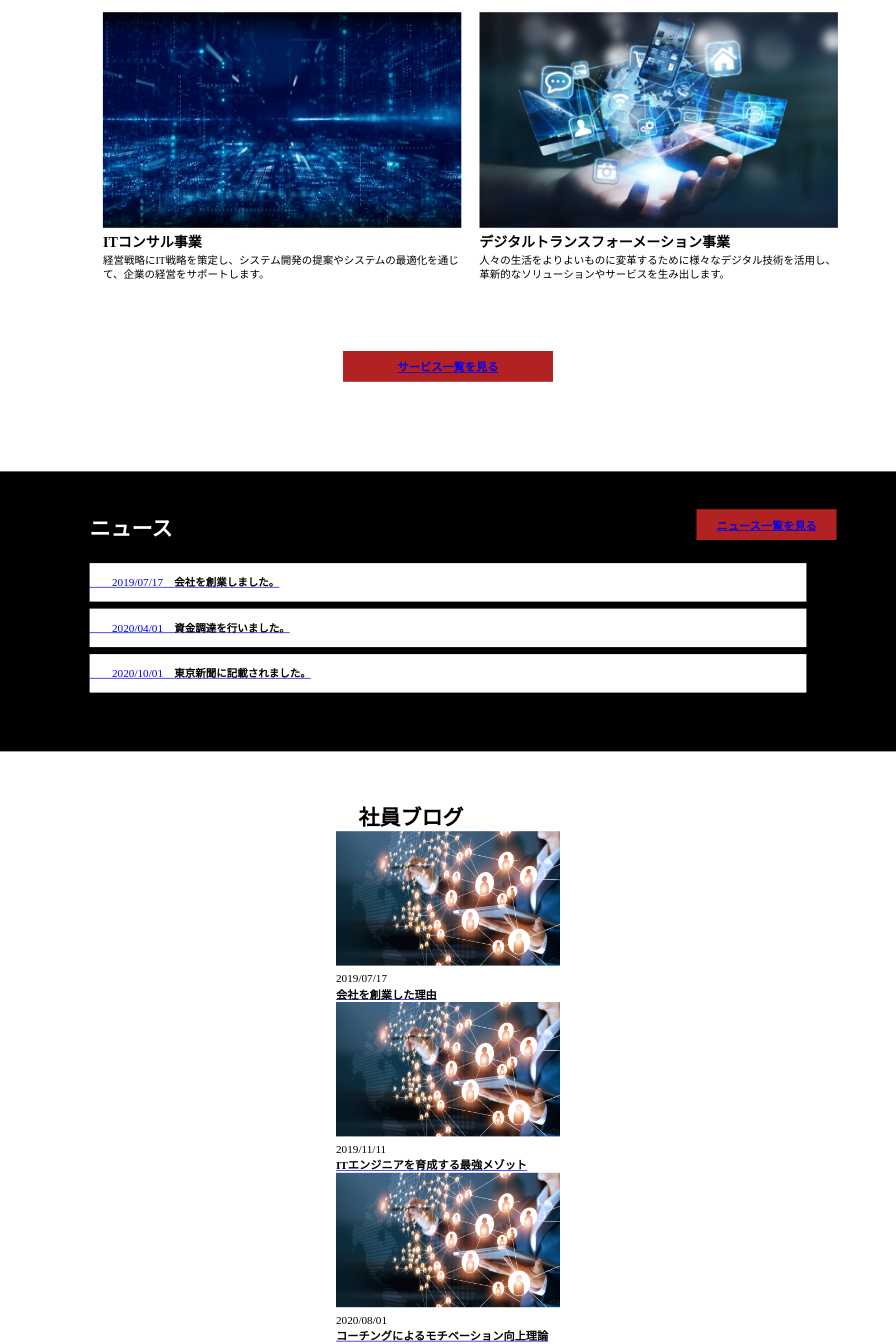
Repository: sigemasaasuka/20211012sigemasa
Page: index.html
The author's editor kept a copy of each file at every save. The page is drawn from the files as they stood at one save, then again after a run of saves.
The browser window is 1280 px wide. The pictures show the part of the page from y = 1338 to 3258 px (the page is 3258 px tall), at 70% of full size.

Above is the page before, as saved 2021-10-20 16:25:14.

After the next 4 saves:
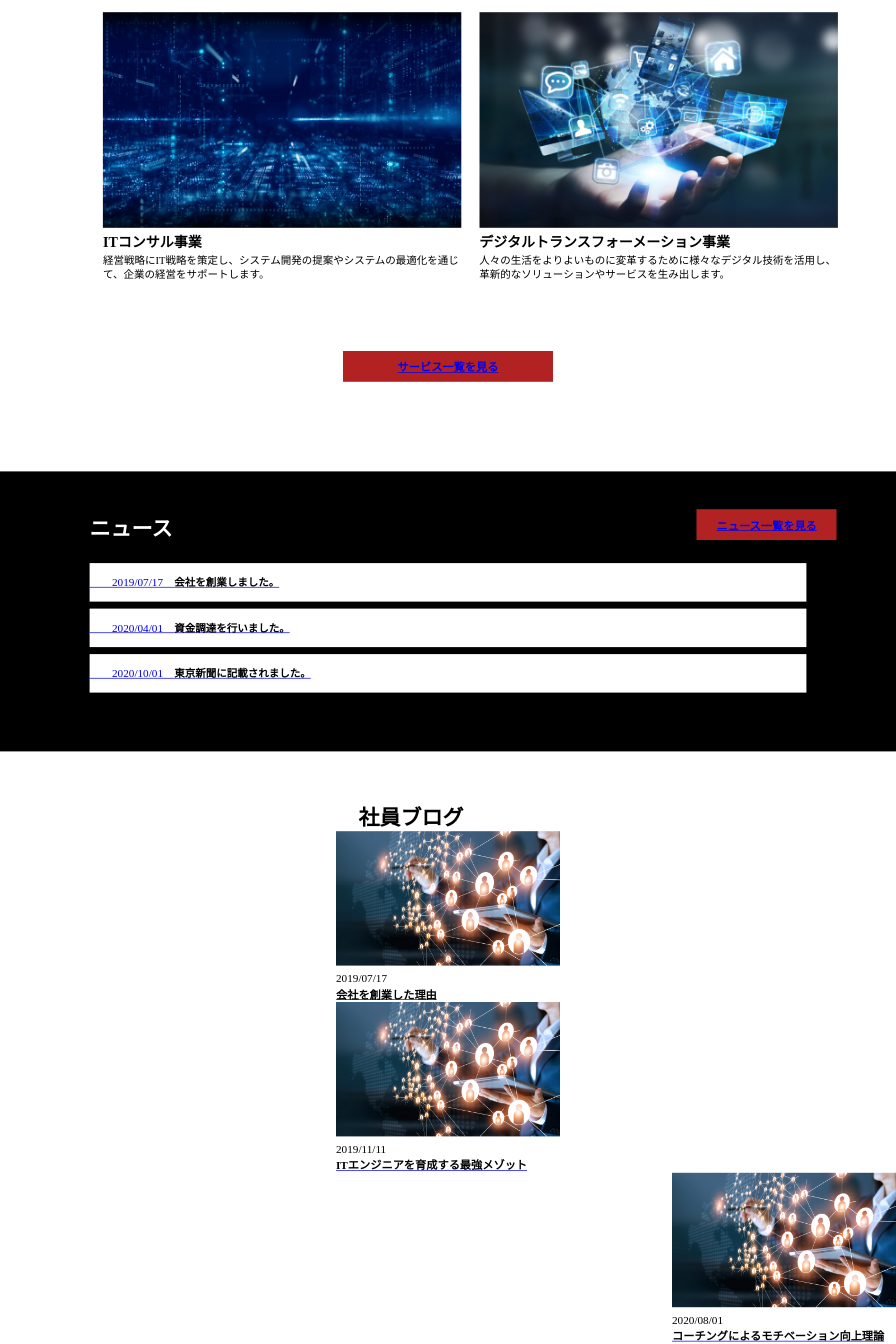
The 4 saves are shown as one change because they came seconds apart.
The last was saved 75 s later.
--- a/css/index.css
+++ b/css/index.css
@@ -310,8 +310,10 @@
 
 .coaching {
   display: flex;
-  justify-content: space-evenly;
-}
+  justify-content: flex-end;
+  flex-direction: row;
+}
+
 
 .coaching-png {
   width: 25%;
